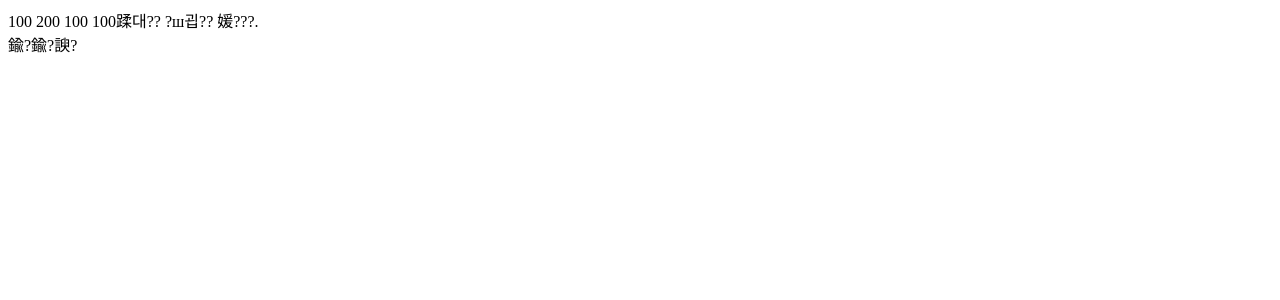
Repository: lee010207/HTML-CSS-JS
Page: http://localhost/EL_JSTL/jstlTest.jsp
These files come from the project's save history. The page is drawn as it stood at one moment and after the next save; the edit follows.
The browser window is 1280 px wide. The pictures show the whole page.
The page is served by Tomcat 9. Other server files are loaded and not shown.

Above is the page before, as saved 2023-09-01 03:20:05.

### 04. Server/EL_JSTL/src/main/webapp/jstlTest.jsp
<%@ page language="java" contentType="text/html; charset=EUC-KR"
    pageEncoding="EUC-KR"%>

<!--  JSTL을 사용하기 위한 Tag Library 추가 -->
<!-- 추가로 jstl lib 프로젝트에 추가 (prefix(접두어)를 c로 설정) -->
<%@ taglib prefix="c" uri="http://java.sun.com/jsp/jstl/core"%>
<!DOCTYPE html>
<html>
<head>
<meta charset="EUC-KR">
<title>Insert title here</title>
</head>
<body>
	<!--
		JSTL 사용하기(EL이랑 함께 주로 쓰임)
		- 여는태그, 닫는태그 사이에 아무 내용(컨턴츠)이 안들어가기 떄문에 홀태그로도 사용 가능
		- 특정 영역에 저장하려면 Scope 속성 활용

	-->

	<!-- page영역에 값 넣기(JSTL)
		 - c:set은 기본적으로 page영역에 저장됨
	-->
	<c:set var="num" value="100" />
	<c:set var="num" scope="session" value="200" />
	${num}
	${sessionScope.num }

	<!-- EL = c:out : 값을 밖으로 출력해주는 역할 -->
	<c:out value="${num}"/>

	<!-- JSTL을 활용한 조건문 -->
	<c:if test="${num >= 100}">
		100보다 크거나 같음.
	</c:if>
	<c:if test="${num < 100 }">
		100보다 작음.
	</c:if>

	<br>

	<!-- 다중if문(like switch) -->
	<c:set var="time" value="점심"/>

	<c:choose>
		<c:when test="${time == '아침' }">
			토스트
		</c:when>
		<c:when test="${time == '점심' }">
			비빔밥
		</c:when>
		<c:when test="${time == '저녁' }">
			족발
		</c:when>
		<c:otherwise>
			라면
		</c:otherwise>
	</c:choose>




</body>
</html>

After the next save:
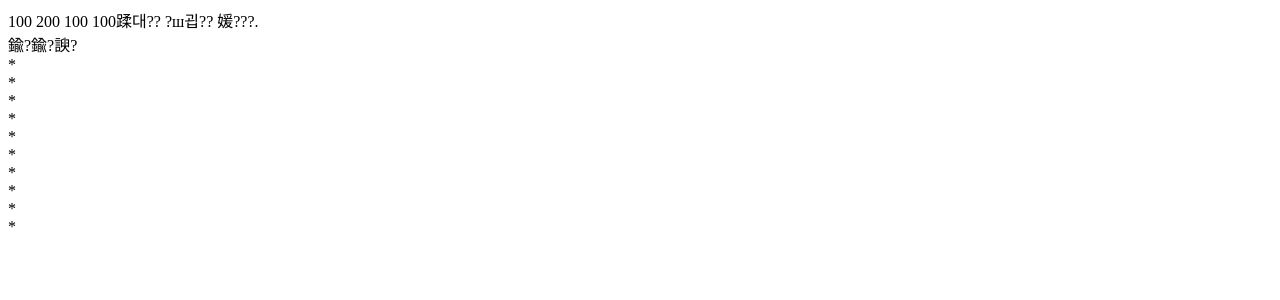
Saved 3 min 41 s later.
--- a/04. Server/EL_JSTL/src/main/webapp/jstlTest.jsp
+++ b/04. Server/EL_JSTL/src/main/webapp/jstlTest.jsp
@@ -57,7 +57,13 @@
 		</c:otherwise>
 	</c:choose>
 
+	<br>
 
+	<!-- JSTL 반복문 -->
+	<c:forEach var="i" begin="1" end="30" step="3">
+		*<br>
+
+	</c:forEach>
 
 
 </body>
